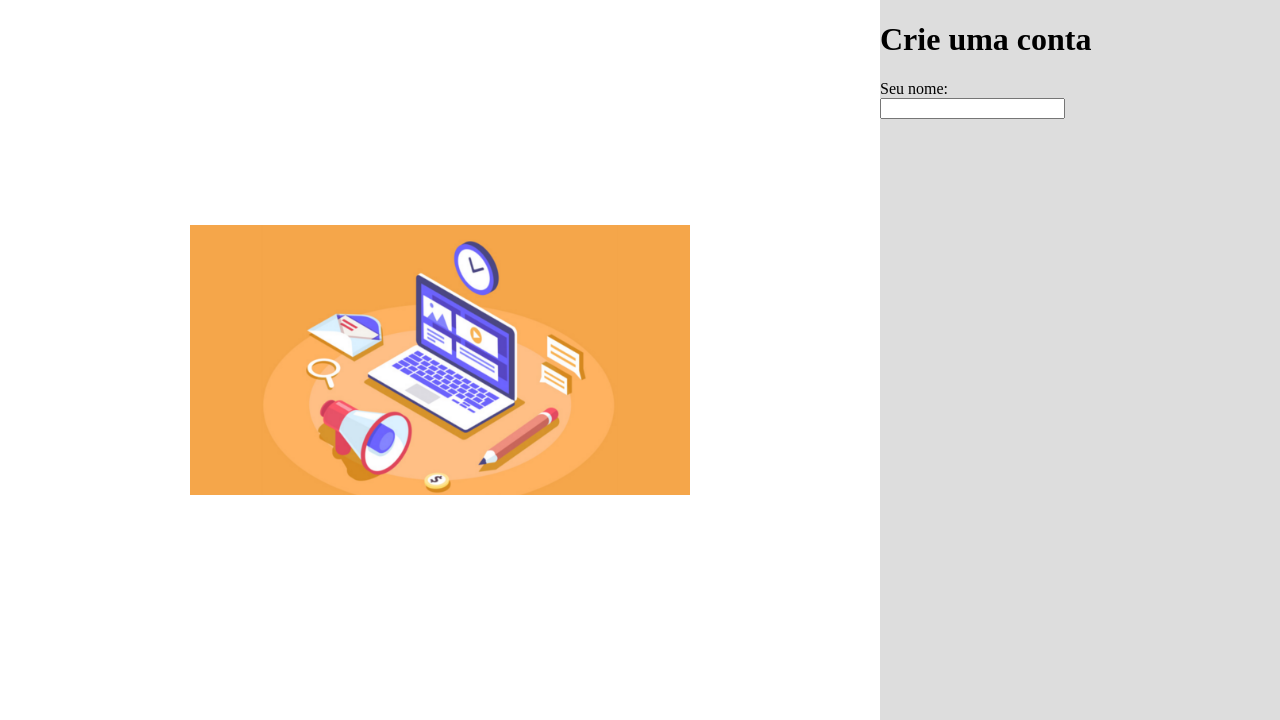
Repository: rafavirginio/tela-de-login
Page: index.html
An editor plug-in stored every save of this project. The page is shown before and after the next save, followed by the edit.
The browser window is 1280 px wide. The pictures show the whole page.

Above is the page before, as saved 2020-09-14 23:17:43.

After the next save:
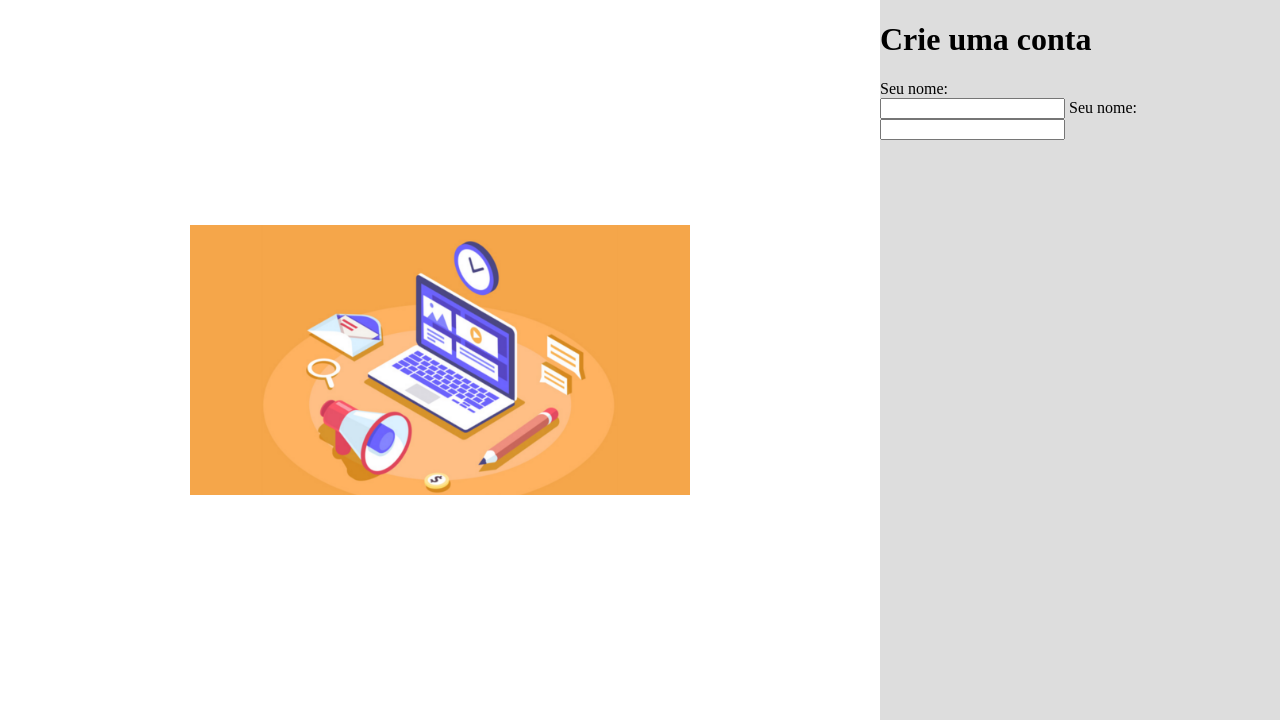
Saved 25 s later.
--- a/index.html
+++ b/index.html
@@ -24,6 +24,10 @@
                 Seu nome: <br/>
                 <input type="text" name="name" />
             </label>
+            <label>
+                Seu nome: <br/>
+                <input type="text" name="name" />
+            </label>
             <div>
             </div>
 
